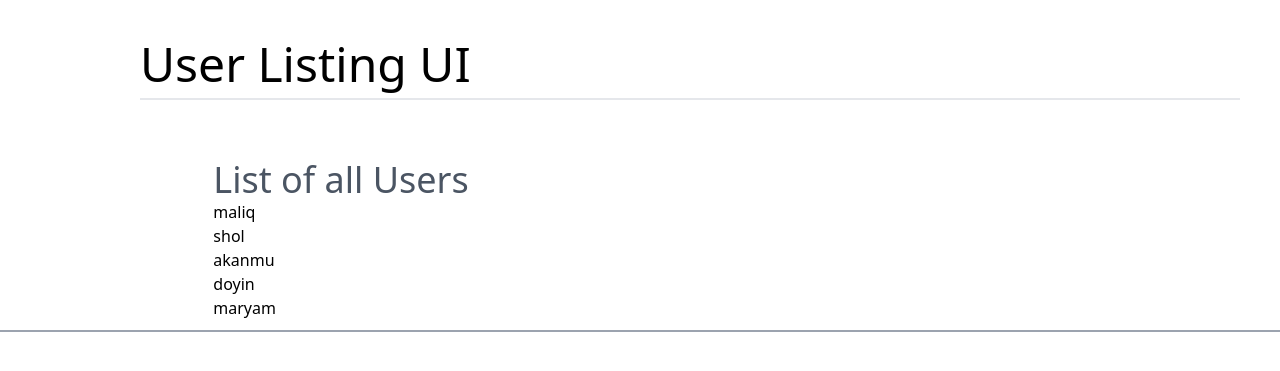
Repository: Marlstergo/listings
Page: /view (app in client/)
These files come from the project's save history. The page is drawn as it stood at one moment and after the next save; the edit follows.
The browser window is 1280 px wide. The pictures show the whole page.
The project was rebuilt for these pictures with package versions that can differ from the ones it lists, and the page was loaded fresh each time. Also part of the build but not shown: client/craco.config.js, client/src/components/Loader.js, client/src/components/Order.js, client/src/components/Modal.js. Imported but missing from the stored project, and not drawn on this page: client/src/components/Base, client/src/components/Toppings.

Above is the page before, as saved 2021-07-20 22:00:45.

### client/src/index.js
/* eslint-disable no-unused-vars */
import React from "react";
import ReactDOM from "react-dom";
import "./index.css";
import App from "./App";
import reportWebVitals from "./reportWebVitals";
import { BrowserRouter } from "react-router-dom";
import { Provider } from "react-redux";
import { store } from "./redux/store";
import { PersistGate } from "redux-persist/integration/react";
import { persistor } from "./redux/store";

ReactDOM.render(
  <React.StrictMode>
    <Provider store={store}>
      <BrowserRouter>
        <PersistGate persistor={persistor}>
          <App />
        </PersistGate>
      </BrowserRouter>
    </Provider>
  </React.StrictMode>,
  document.getElementById("root")
);

// If you want to start measuring performance in your app, pass a function
// to log results (for example: reportWebVitals(console.log))
// or send to an analytics endpoint. Learn more: https://bit.ly/CRA-vitals
reportWebVitals();

### client/src/App.js
import React, { useState } from 'react';
import { Route, Switch, useLocation } from "react-router-dom";
import Header from './components/Header';
import Home from './components/Home';
import Base from './components/Base';
import Toppings from './components/Toppings';
import Order from './components/Order';
import Modal from './components/Modal';
import { AnimatePresence } from 'framer-motion';

function App() {
  const location = useLocation();
  const showModal = true;

  return (
    <>
      <Header />
      {/* <Modal showModal={showModal} /> */}
      <AnimatePresence exitBeforeEnter>
        <Switch location={location} key={location.key}>
          <Route path="/">
            <Home />
          </Route>
          <Route path="/createUpdateUser">
            <Toppings />
          </Route>
          <Route path="/order">
            <Order />
          </Route>
          <Route path="/">
            <Home />
          </Route>
        </Switch>
      </AnimatePresence>

    </>
  );
}

export default App;

### client/src/redux/store.js
import { createStore, applyMiddleware } from "redux";
import { logger } from 'redux-logger';
import {persistStore} from 'redux-persist';
// import thunk from 'redux-thunk'
import createSagaMiddleware from 'redux-saga'

import rootSaga from './root-sagas'

import rootReducer from './root-reducer';

const sagaMiddleware = createSagaMiddleware()

const middleware = [sagaMiddleware];

if( process.env.NODE_ENV === 'development'){
    middleware.push(logger)
}

export const store = createStore(rootReducer, applyMiddleware(...middleware))

sagaMiddleware.run(rootSaga)

export const persistor = persistStore(store)

export default (store, persistor);

### client/src/components/Header.js
import React from 'react';
import { motion } from 'framer-motion';

const svgVariants = {
  hidden: { rotate: -180 },
  visible: {
    rotate: 0,
    transition: { duration : 1 }
  },
}

const pathVariants = {
  hidden: {
    opacity: 0,
    pathLength: 0,
  },
  visible: {
    opacity: 1,
    pathLength: 1,
    transition: {
      duration: 2,
      ease: "easeInOut",
    }
  }
};


const Header = () => {
  return (
    <header className='flex p-[40px]  items-center'>
      <motion.div className="logo"
        drag
        dragConstraints={{ left: 0, top: 0, right: 0, bottom: 0 }}
        dragElastic={0.7}
      >
        <motion.svg className="w-[80px] overflow-visible" xmlns="http://www.w3.org/2000/svg" viewBox="0 0 100 100"
          variants={svgVariants}
          initial="hidden"
          animate="visible"
        >
          <motion.path
            fill="none"
            d="M40 40 L80 40 C80 40 80 80 40 80 C40 80 0 80 0 40 C0 40 0 0 40 0Z"
            variants={pathVariants}
          />
          <motion.path
            fill="none"
            d="M50 30 L50 -10 C50 -10 90 -10 90 30 Z"
            variants={pathVariants}
          />
        </motion.svg>
      </motion.div>
      <motion.div className=" flex-grow ml-[20px] text-xs"
        initial={{ y: -250}}
        animate={{ y: -10 }}
        transition={{ delay: 0.2, type: 'spring', stiffness: 120 }}
      >
        <h1 className="border-b-2 pb-[10px] text-5xl">User Listing UI</h1>
      </motion.div>
    </header>
  )
}

export default Header;

### client/src/components/Home.js
import React from "react";
import { Link } from "react-router-dom";
import { motion } from "framer-motion";
import Loader from "./Loader";

const buttonVariants = {
  hover: {
    scale: 1.1,
    textShadow: "0px 0px 8px rgb(255,255,255)",
    boxShadow: "0px 0px 8px rgb(255,255,255)",
    transition: {
      duration: 0.3,
      yoyo: 5,
    },
  },
};

const containerVariants = {
  hidden: {
    opacity: 0,
  },
  visible: {
    opacity: 1,
    transition: { delay: 1.5, duration: 1.5 },
  },
  exit: {
    x: "-100vh",
    transition: { ease: "easeInOut" },
  },
};
const users = ["maliq", "shol", "akanmu", "doyin", "maryam"];
const Home = () => {
  return (
    <motion.div
      className="  pb-[10px] mb-[10px] border-b-2 border-gray-400 flex flex-col items-center"
      variants={containerVariants}
      initial="hidden"
      animate="visible"
      exit="exit"
    >
      <div className="w-2/3 ">
        <h2 className="text-4xl text-gray-600">List of all Users</h2>
        <ul>
          {users.map(
            (user) => (
              <li>{user}</li>
            )
          )}

        </ul>
        {/* <table className="min-w-full divide-y divide-gray-200">
          <thead>
            <tr>
              <th className="px-6 py-3 bg-gray-50 text-left text-xs font-medium text-gray-500 uppercase tracking-wider">
                Transaction
              </th>
              <th className="px-6 py-3 bg-gray-50 text-right text-xs font-medium text-gray-500 uppercase tracking-wider">
                Amount
              </th>
              <th className="hidden px-6 py-3 bg-gray-50 text-left text-xs font-medium text-gray-500 uppercase tracking-wider md:block">
                Status
              </th>
              <th className="px-6 py-3 bg-gray-50 text-right text-xs font-medium text-gray-500 uppercase tracking-wider">
                Date
              </th>
            </tr>
          </thead>
        </table> */}
      </div>
    </motion.div>
  );
};

export default Home;

### client/src/redux/root-sagas.js
import {all, call} from 'redux-saga/effects'
import {userSagas} from './user/user.sagas'


export default function* rootSaga(){
    yield all([
        call(userSagas),
    ])
}

### client/src/redux/root-reducer.js
import {combineReducers} from 'redux'
import userReducer from './user/user.reducer'
// import cartReducer from './cart/cart.reducer'
import {persistReducer} from 'redux-persist'
import storage from 'redux-persist/lib/storage'
// import directoryReducer from './directory/directory.reducer'
// import shopReducer from './shop/shop.reducer'

const persistConfig ={
    key: 'root',
    storage,
    whitelist: ['' ]
}
const rootReducer = combineReducers({
    user: userReducer,

})
export default persistReducer(persistConfig, rootReducer)

### client/src/redux/user/user.sagas.js
import { all, call, put, takeLatest } from "redux-saga/effects";

import UserActionTypes from "./user.types";
import { loadUserDetail } from "./user.action";
// import axios from "axios";
// import { getUserDetailsURL } from "../../components/stringConstants";

export function* getDetails() {
  yield console.log("i fired");

  // try {
  //   console.log("inside try");

  //   const res = yield axios.get(getUserDetailsURL);
  //   const data = yield res.data;
  //   console.log(res);
  //   yield put(loadUserDetail(data ? data.data[0] : {}));
  // } catch (err) {
  //   console.log(err.response);
  //   if (err.response && err.response.statusText === "Not Found") {
  //     // console.log("");
  //     window.location.href = "/profile/settings?newUser=0837";
  //   }
  // }
}

export function* getUserDetails() {
  yield takeLatest(UserActionTypes.GET_USER_DETAIL, getDetails);
}
// export function* loadUserDetails(){
//     yield takeLatest(UserActionTypes.LOAD_USER_DETAIL, loadDetails)
// }

export function* userSagas() {
  yield all([call(getUserDetails)]);
}

### client/src/redux/user/user.reducer.js
import UserActionTypes from "./user.types";
const INITIAL_STATE = {
  // currentUser: null,
  userDetail: {},
  demo: 'i am demo',
  location: null

};
const userReducer = (state = INITIAL_STATE, action) => {
  switch (action.type) {

    case UserActionTypes.LOAD_USER_DETAIL:
      return {
        ...state,
        userDetail: action.payload,
      };

    case UserActionTypes.COLLECT_GEOLOCATION:
      return {
        ...state,
        location: action.payload
      }
    default:
      return state;
  }
};

export default userReducer;

### client/src/redux/user/user.types.js
const UserActionTypes ={
    GOOGLE_SIGN_IN_START : 'GOOGLE_SIGN_IN_START',
    SIGN_IN_SUCCESS : 'SIGN_IN_SUCCESS',
    SIGN_IN_FAILURE : 'SIGN_IN_FAILURE',
    GET_USER_DETAIL: 'GET_USER_DETAIL',
    LOAD_USER_DETAIL: 'LOAD_USER_DETAIL',
    COLLECT_GEOLOCATION: 'COLLECT_GEOLOCATION',
    FETCH_GEOLOCATION: 'FETCH_GEOLOCATION'
}
export default UserActionTypes;

### client/src/redux/user/user.action.js
import UserActionTypes from './user.types'



// export const googleSignInStart = () => ({
//     type: UserActionTypes.GOOGLE_SIGN_IN_START
// })

// export const signInSuccess = (user) => ({
//     type: UserActionTypes.SIGN_IN_SUCCESS,
//     payload: user
// })

export const getUserDetail = () => ({
    type: UserActionTypes.GET_USER_DETAIL,

})
export const loadUserDetail = (details) => ({
    type: UserActionTypes.LOAD_USER_DETAIL,
    payload: details
})

export const fetchGeoloction = () => ({
    type: UserActionTypes.FETCH_GEOLOCATION
})
export const collectGeolocation = (location) => ({
    type: UserActionTypes.COLLECT_GEOLOCATION,
    payload: location
})
// })

### client/tailwind.config.js
  // tailwind.config.js
  module.exports = {
    mode:'jit',
    purge: ['./src/**/*.{js,jsx,ts,tsx}', './public/index.html'],
     darkMode: false, // or 'media' or 'class'
     theme: {
       extend: {},
     },
     variants: {
       extend: {},
     },
     plugins: [],
   }

Loaded but not shown: client/public/index.html (common file); client/src/index.css (common file); client/src/reportWebVitals.js (common file)

After the next save:
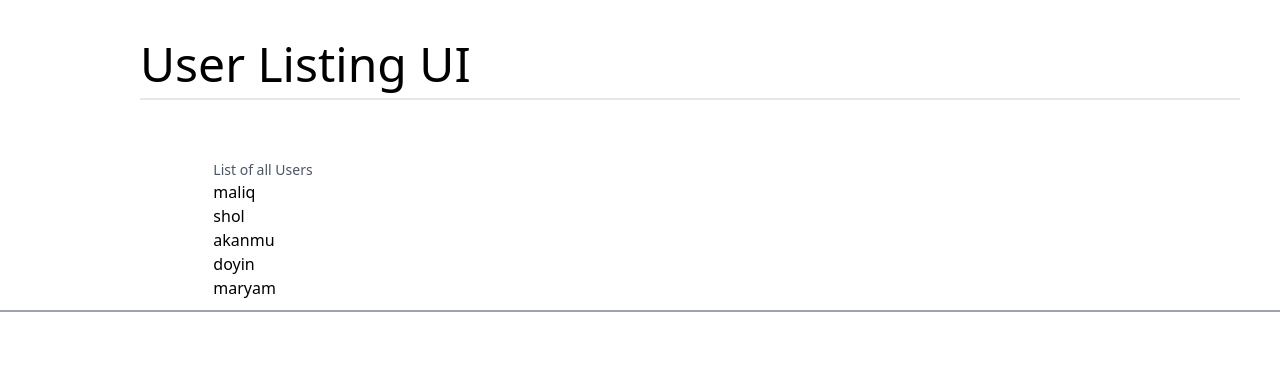
Saved 31 s later.
--- a/client/src/components/Home.js
+++ b/client/src/components/Home.js
@@ -39,7 +39,7 @@ const Home = () => {
       exit="exit"
     >
       <div className="w-2/3 ">
-        <h2 className="text-4xl text-gray-600">List of all Users</h2>
+        <h2 className="text-sm text-gray-600">List of all Users</h2>
         <ul>
           {users.map(
             (user) => (
